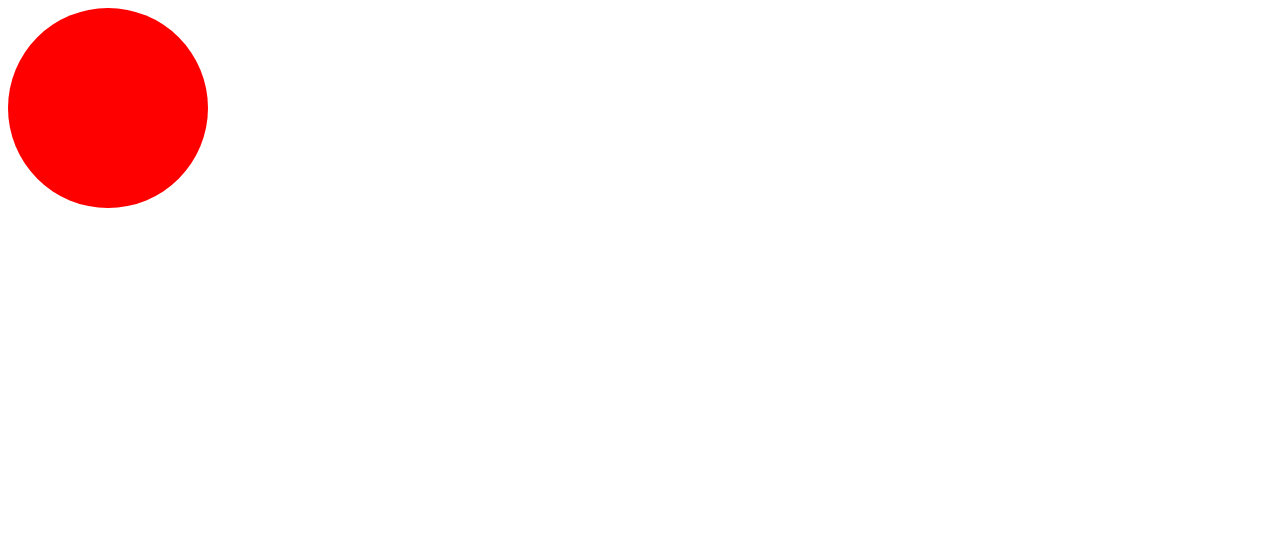
Repository: dovanluyen1996/Test-Git-PR
Page: index.html
An editor plug-in stored every save of this project. The page is shown before and after the next save, followed by the edit.
The browser window is 1280 px wide. The pictures show the whole page.

Above is the page before, as saved 2021-09-06 23:09:59.

After the next save:
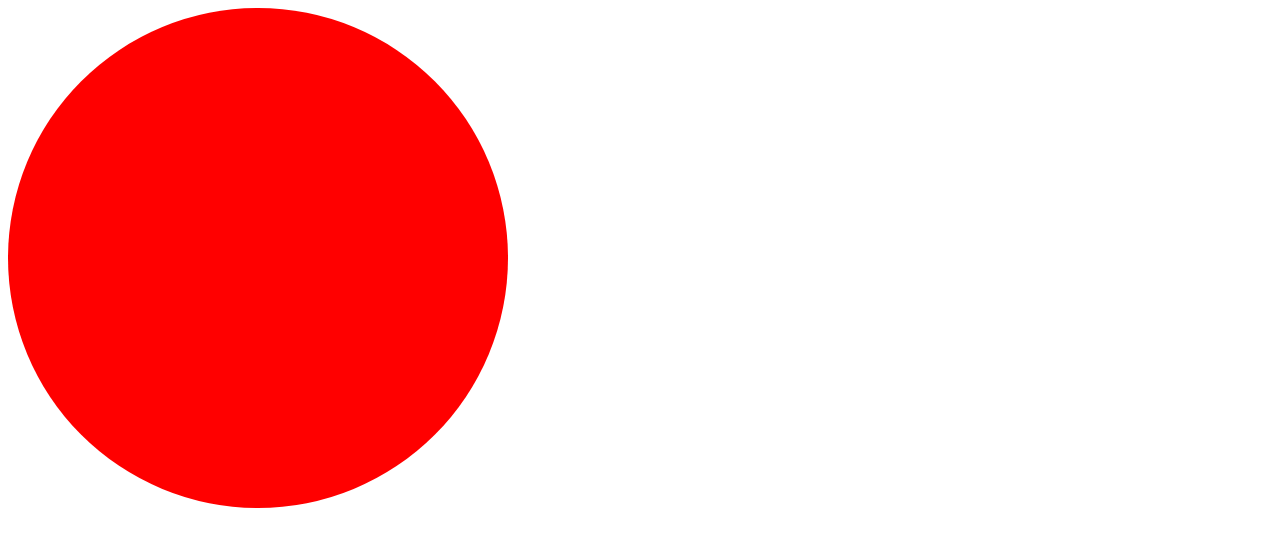
Saved 7 s later.
--- a/css/style.css
+++ b/css/style.css
@@ -2,8 +2,8 @@ body {
 }
 
 .test1 {
-  width: 200px;
-  height: 200px;
+  width: 500px;
+  height: 500px;
   background-color: red;
   border-radius: 50%;
 }
